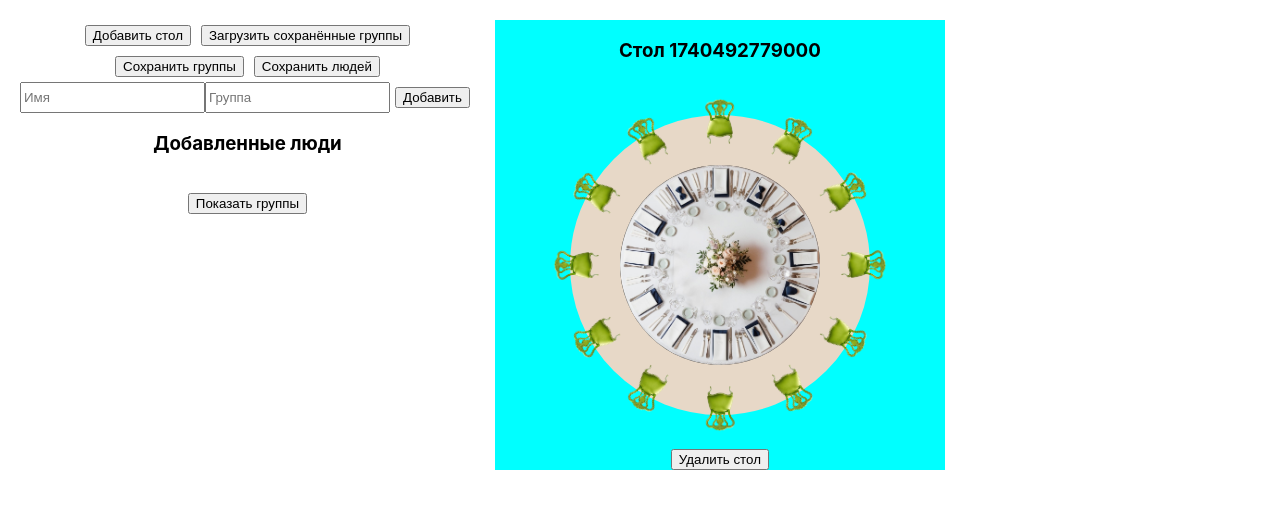
Repository: Vahan-23/Table-V2
Page: /, after clicking the first element matching `button`
These files come from the project's save history. The page is drawn as it stood at one moment and after the next save; the edit follows.
The browser window is 1280 px wide. The pictures show the whole page.
The project was rebuilt for these pictures with package versions that can differ from the ones it lists, and the page was loaded fresh each time.

Above is the page before, as saved 2025-02-25 16:21:04.

### src/App.js
import './App.css';
import SeatingArrangement from './component/SeatingArrangement';

function App() {
  return (
    <div className="App">
      <SeatingArrangement />
    </div>
  );
}

export default App;

### src/component/SeatingArrangement.jsx
import React, { useState, useEffect } from 'react';
import { useDrag, useDrop } from 'react-dnd';
import { DndProvider } from 'react-dnd';
import { HTML5Backend } from 'react-dnd-html5-backend';
import './App.css';

const SeatingArrangement = () => {
    const [tables, setTables] = useState([]);
    const [people, setPeople] = useState([]);
    const [groupInput, setGroupInput] = useState('');
    const [peopleInput, setPeopleInput] = useState('');
    const [showGroups, setShowGroups] = useState(false);
    const [draggingGroup, setDraggingGroup] = useState(null);
    const [zoom, setZoom] = useState(1);


    useEffect(() => {
        window.addEventListener("wheel", handleWheel, { passive: false });
        return () => window.removeEventListener("wheel", handleWheel);
    }, []);

    const handleWheel = (e) => {
        if (e.ctrlKey) {
            e.preventDefault();
            setZoom((prevZoom) => {
                let newZoom = prevZoom + (e.deltaY > 0 ? -0.1 : 0.1);
                return Math.min(Math.max(newZoom, 0.5), 2); // Ограничиваем от 0.5x до 2x
            });
        }
    };

    useEffect(() => {
        const savedTables = JSON.parse(localStorage.getItem('tables'));
        if (savedTables) setTables(savedTables);
        const savedPeople = JSON.parse(localStorage.getItem('people'));
        if (savedPeople) setPeople(savedPeople);
    }, []);

    const handleAddPerson = () => {
        if (peopleInput && groupInput) {
            const newPerson = { name: peopleInput, group: groupInput };
            setPeople([...people, newPerson]);
            setPeopleInput('');
            setGroupInput('');
        } else {
            alert('Пожалуйста, заполните все поля.');
        }
    };

    const handleDeletePerson = (personName) => {
        setPeople(people.filter((person) => person.name !== personName));
    };

    const handleAddTable = () => {
        setTables([...tables, { id: Date.now(), people: [] }]);
    };

    const handleDeleteTable = (tableId) => {
        setTables(tables.filter((table) => table.id !== tableId));
    };

    const saveTables = () => {
        localStorage.setItem('tables', JSON.stringify(tables));
    };

    const loadSavedTables = () => {
        const savedTables = JSON.parse(localStorage.getItem('tables'));
        if (savedTables) setTables(savedTables);
    };

    const savePeople = () => {
        localStorage.setItem('people', JSON.stringify(people));
    };


    const renderGroups = () => {
        const groupedPeople = people.reduce((acc, person) => {
            if (!acc[person.group]) acc[person.group] = [];
            acc[person.group].push(person);
            return acc;
        }, {});

        return Object.values(groupedPeople).map((group, index) => (
            <Group
                key={index}
                group={group}
                groupName={`Группа ${index + 1}`}
                setDraggingGroup={setDraggingGroup}
            />
        ));
    };


    return (
        <DndProvider backend={HTML5Backend}>
            <div className="container">
                <div className="left-panel">
                    <div className="controls">
                        <button onClick={handleAddTable}>Добавить стол</button>
                        <button onClick={loadSavedTables}>Загрузить сохранённые группы</button>
                        <button onClick={saveTables}>Сохранить группы</button>
                        <button onClick={savePeople}>Сохранить людей</button>
                    </div>

                    <div className="person-input">
                        <input
                            type="text"
                            value={peopleInput}
                            onChange={(e) => setPeopleInput(e.target.value)}
                            placeholder="Имя"
                        />
                        <input
                            type="text"
                            value={groupInput}
                            onChange={(e) => setGroupInput(e.target.value)}
                            placeholder="Группа"
                        />
                        <button onClick={handleAddPerson}>Добавить</button>
                    </div>

                    <div className="people-list">
                        <h3>Добавленные люди</h3>
                        <ul>
                            {people.map((person, index) => (
                                <li key={index}>
                                    {person.name} (Группа {person.group})
                                    <button
                                        onClick={() => handleDeletePerson(person.name)}
                                        className="delete-btn"
                                    >
                                        Удалить
                                    </button>
                                </li>
                            ))}
                        </ul>
                    </div>

                    <div className="toggle-groups">
                        <button onClick={() => setShowGroups(!showGroups)}>
                            {showGroups ? 'Скрыть группы' : 'Показать группы'}
                        </button>
                        {showGroups && (
                            <div className="group-list">

                                <h3>Группы для перетаскивания:</h3>
                                {renderGroups()}
                                <div className="controls">
    <button onClick={() => setZoom((z) => Math.min(z + 0.1, 2))}>+</button>
    <button onClick={() => setZoom((z) => Math.max(z - 0.1, 0.5))}>-</button>
</div>
                            </div>
                        )}
                    </div>
                </div>

                <div className="right-panel" style={{ transform: `scale(${zoom})`, transformOrigin: "center" }}>
                    {tables.map((table) => (
                        <Table
                            key={table.id}
                            table={table}
                            setTables={setTables}
                            handleDeleteTable={handleDeleteTable}
                            draggingGroup={draggingGroup}
                            setDraggingGroup={setDraggingGroup}
                        />

                    ))}

                    {draggingGroup && (
                        <NewTable
                            draggingGroup={draggingGroup}
                            setTables={setTables}
                            setDraggingGroup={setDraggingGroup}
                        />
                    )}
                </div>
            </div>
        </DndProvider>
    );
};

const Table = ({ table, setTables, handleDeleteTable, draggingGroup, setDraggingGroup }) => {
    const [, drop] = useDrop({
        accept: 'GROUP',
        drop: (item) => {
            if (table.people.length + item.group.length <= 12) {
                // Добавляем людей в текущий стол
                setTables((prevTables) =>
                    prevTables.map((t) =>
                        t.id === table.id
                            ? { ...t, people: [...t.people, ...item.group] }
                            : t
                    )
                );
                setDraggingGroup(null); // Сбрасываем перетаскиваемую группу
            } else {
                alert('На столе не может быть больше 12 человек!');
            }
        },
    });

    const chairs = [];
    const maxChairs = 12;
    const angleStep = 360 / maxChairs;
    const radius = 140;

    // Генерация стульев для стола
    for (let i = 0; i < maxChairs; i++) {
        const angle = angleStep * i;

        // Рассчитываем координаты для стула относительно центра стола
        const xPosition = radius * Math.cos((angle * Math.PI) / 180);
        const yPosition = radius * Math.sin((angle * Math.PI) / 180);

        const chairStyle = {
            position: 'absolute',
            top: '50%', // Центр стола
            left: '50%', // Центр стола
            transformOrigin: 'center', // Ориентируем вращение на центре
            width: '60px',
            height: '60px',
            // backgroundColor: table.people[i] ? '#ccc0' : '#ccc0',
            backgroundImage: table.people[i] ? "url('/red1.png')" : "url('/green2.png')"  , // Правильный путь для public
            backgroundSize: 'cover', // Растягивает картинку на всю область
            backgroundPosition: 'center',
            backgroundRepeat: 'no-repeat',
            color: 'white',
            display: 'flex',
            justifyContent: 'center',
            alignItems: 'center',
            borderRadius: '50%',
            fontSize: '12px',
            textAlign: 'center',
            left: `calc(50% + ${xPosition}px)`, // Смещаем стулья по оси X
            top: `calc(50% + ${yPosition}px)`,  // Смещаем стулья по оси Y
        };

        // Переворачиваем стулья в зависимости от их положения:
        if (angle >= 0 && angle < 90) {
            chairStyle.transform = `rotate(${angle + 90}deg)`; ; // Верхняя половина стола (0-90°)
        } else if (angle >= 90 && angle < 180) {
            chairStyle.transform = `rotate(${angle + 90}deg)`; ; // Правая часть стола (90-180°)
        } else if (angle >= 180 && angle < 270) {
            chairStyle.transform = `rotate(${angle + 90}deg)`; // Нижняя половина стола (180-270°)
        } else {
            chairStyle.transform = `rotate(${angle + 90}deg)`; // Левая часть стола (270-360°)
        }

        chairs.push(
            <div key={i} className="chair" style={chairStyle}>
                {table.people[i] ? table.people[i].name : ''}
            </div>
        );
    }

    return (
        <div ref={drop} className="tableContainer">
            <h3>Стол {table.id}</h3>
            <div className="table">
                <div className="table-top">
                    {chairs}
                </div>
            </div>
            <button onClick={() => handleDeleteTable(table.id)}>Удалить стол</button>
        </div>
    );
};




const Group = ({ group, groupName, setDraggingGroup }) => {
    const [{ isDragging }, drag] = useDrag({
        type: 'GROUP',
        item: { group },
        collect: (monitor) => ({
            isDragging: monitor.isDragging(),
        }),
    });

    useEffect(() => {
        if (isDragging) {
            setDraggingGroup(group);
        }
    }, [isDragging, group, setDraggingGroup]);

    return (
        <div ref={drag} className="group" style={{ opacity: isDragging ? 0.5 : 1 }}>
            <h4>{groupName}</h4>
        </div>
    );
};




const NewTable = ({ draggingGroup, setTables, setDraggingGroup }) => {
    const [, drop] = useDrop({
        accept: 'GROUP',
        drop: (item) => {
            if (item.group.length <= 12) {
                const newTable = {
                    id: Date.now(),
                    people: item.group,
                };
                setTables((prevTables) => [...prevTables, newTable]);
            } else {
                alert('Новый стол не может содержать больше 12 человек!');
            }
            setDraggingGroup(null);
        },
    });

    return (
        <div ref={drop} className="new-table">
            Перетащите группу сюда, чтобы создать новый стол
        </div>
    );
};

export default SeatingArrangement;

### src/component/App.css
.container {
  display: flex;
  padding: 20px;
}

.left-panel {
  flex: 1;
  margin-right: 20px;
}

.right-panel {
  flex: 2;
  display: flex;
  flex-wrap: wrap;
  justify-content: flex-start;
}

.controls button, .person-input button {
  margin: 5px;
}

.person-input {
  display: flex;
  justify-content: space-between;
  margin-bottom: 10px;
}

.people-list ul {
  list-style-type: none;
  padding: 0;
}

.people-list li {
  margin-bottom: 10px;
}

.delete-btn {
  margin-left: 10px;
}

.toggle-groups button {
  margin-top: 20px;
}

.tableContainer{
  position: relative;
  display: flex;
  width: 450px;
  height: 450px;
  background-color: aqua;
  justify-content: space-between;
  align-items: center;
  text-align: center;
  flex-direction: column;
  /* border-radius: 50%; */
  overflow: hidden;
}

.table {
  /* position: relative; */
  margin: 20px;
  width: 200px;
  height: 200px;
  border: 50px solid #e7d8c7;
  border-radius: 50%;
  display: flex;
  justify-content: center;
  align-items: center;
  background-image: url('../../public/table.jpg');
  background-size: cover;
}

.table-top {
  position: relative;
  top: -15%;
  left: -15%;
  /* /* width: 250px; */
  /* height: 250px; */
}

.chair {
  position: absolute;
  top: 25%;
  left: 25%;
  width: 60px;
  height: 60px;
  /* background-image: url('../../public/stul.png'); */
  /* background-color: #3498db; */
  color: white;
  display: flex;
  justify-content: center;
  align-items: center;
  border-radius: 50%;
  font-size: 12px;
  text-align: center;
  transform-origin: 0 0;
}

.new-table {
  width: 100px;
  height: 100px;
  background-color: lightgray;
  margin: 10px;
  display: flex;
  justify-content: center;
  align-items: center;
  font-size: 14px;
  border: 2px dashed #3498db;
  position: relative;
}

.group {
  padding: 10px;
  border: 1px solid black;
  margin-bottom: 10px;
  cursor: move;
}

.group h4 {
  margin: 0;
}

Loaded but not shown: public/index.html (common file); src/index.js (common file); src/index.css (common file); src/reportWebVitals.js (common file); src/App.css (common file)

After the next save:
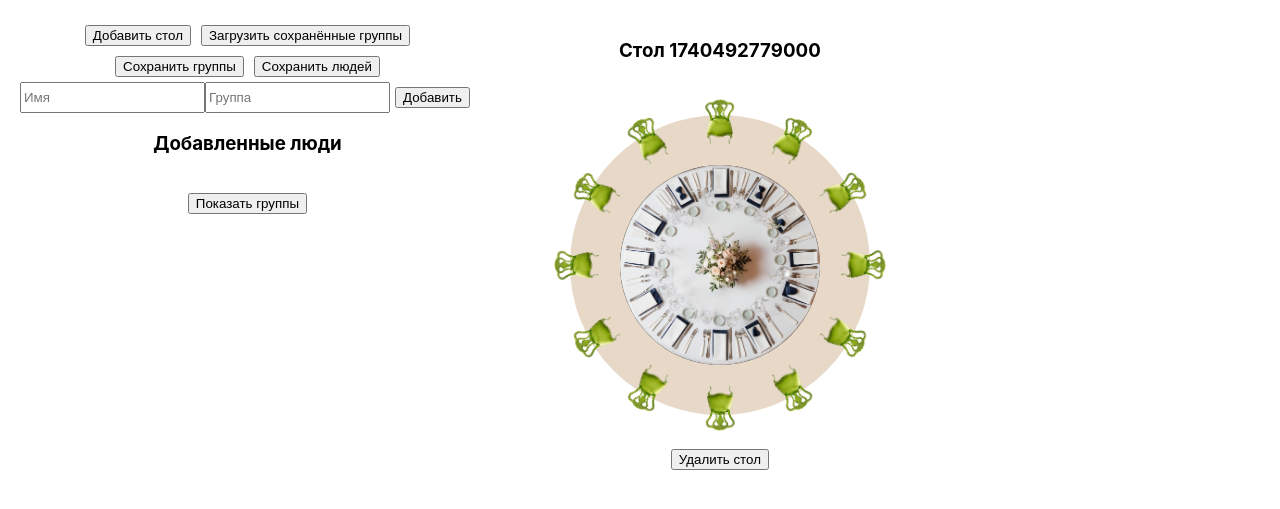
Saved 13 s later.
--- a/src/component/App.css
+++ b/src/component/App.css
@@ -47,7 +47,7 @@
   display: flex;
   width: 450px;
   height: 450px;
-  background-color: aqua;
+  /* background-color: aqua; */
   justify-content: space-between;
   align-items: center;
   text-align: center;
